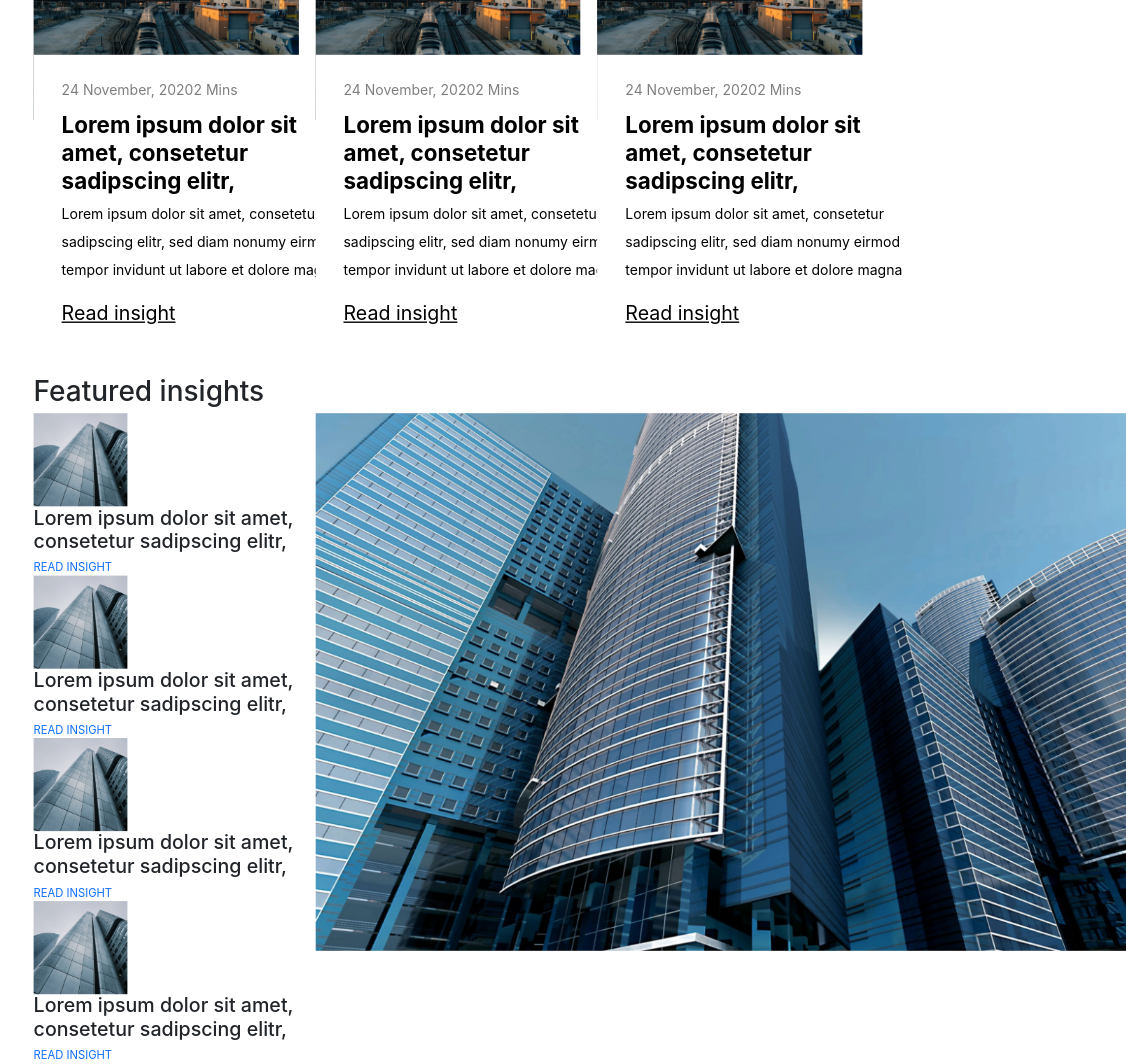
Repository: arif286/Business-webpage
Page: /
These files come from the project's save history. The page is drawn as it stood at one moment and after the next save; the edit follows.
The browser window is 1280 px wide. The page is 1609 px wide, so the pictures cover 1609 px, including what lies to the right of the window. The pictures show the part of the page from y = 1485 to 3005 px (the page is 3005 px tall), at 70% of full size.
The project was rebuilt for these pictures with package versions that can differ from the ones it lists, and the page was loaded fresh each time. Also part of the build but not shown: src/components/MainHeader/MainHeader.css, src/components/NotFound/NotFound.js.

Above is the page before, as saved 2021-05-27 16:26:55.

### src/App.js
import "bootstrap/dist/css/bootstrap.min.css";
import { BrowserRouter as Router, Route, Switch } from "react-router-dom";
import Home from "./components/Home/Home";
import NotFound from "./components/NotFound/NotFound";
function App() {
  return (
    <Router>
      <Switch>
        <Route path="/">
          <Home />
        </Route>
        <Route exact path="/">
          <Home />
        </Route>
        <Route path="*">
          <NotFound />
        </Route>
      </Switch>
    </Router>
  );
}

export default App;

### src/components/Home/Home.js
import React from 'react';
import Blog from '../Blog/Blog';
import Community from '../Community/Community';
import Featured from '../Featured/Featured';
import MainHeader from '../MainHeader/MainHeader';
import Testimonial from '../Testimonial/Testimonial';
import TopHeader from '../TopHeader/TopHeader';

const Home = () => {
    return (
        <>
            <TopHeader />
            <MainHeader />
            <Community />
            <Testimonial />
            <Blog />
            <Featured/>
        </>
    );
};

export default Home;

### src/components/Blog/Blog.js
import React from "react";
import { Col, Row } from "react-bootstrap";
import blogImage from '../../Images/event-1.png';
import "./Blog.css";

const Blog = () => {
  return (
    <div className="px-5 event-area">
      <h1 className='text-center mt-4 mb-4'>What's new</h1>
      <Row>
        <Col lg={4}>
          <div className="blog-wrap">
            <div className="blog-img">
              <img className="w-100 h-100" src={blogImage} alt="" />
              <a className="ig-btn" href="h">
                AUTOMATION
              </a>
            </div>
            <div className="event-content-wrap new-wrap">
              <div className="event-content-top-fx">
                <div className="single-top">
                  <p>
                    24 November, 2020
                    <span>2 Mins</span>
                  </p>
                </div>
                <div className="new-box-wrap">
                  <h4>
                    Lorem ipsum dolor sit amet, consetetur sadipscing elitr,
                  </h4>
                  <p>
                    Lorem ipsum dolor sit amet, consetetur sadipscing elitr, sed
                    diam nonumy eirmod tempor invidunt ut labore et dolore magna
                  </p>
                  <a href="http">
                    Read insight
                  </a>
                </div>
              </div>
            </div>
          </div>
        </Col>
        <Col lg={4}>
          <div className="blog-wrap">
            <div className="blog-img">
              <img className="w-100 h-100" src={blogImage} alt="" />
              <a href="h" className="ig-btn">
                AUTOMATION
              </a>
            </div>
            <div className="event-content-wrap new-wrap">
              <div className="event-content-top-fx">
                <div className="single-top">
                  <p>
                    24 November, 2020
                    <span>2 Mins</span>
                  </p>
                </div>
                <div className="new-box-wrap">
                  <h4>
                    Lorem ipsum dolor sit amet, consetetur sadipscing elitr,
                  </h4>
                  <p>
                    Lorem ipsum dolor sit amet, consetetur sadipscing elitr, sed
                    diam nonumy eirmod tempor invidunt ut labore et dolore magna
                  </p>
                  <a href="http">Read insight</a>
                </div>
              </div>
            </div>
          </div>
        </Col>
        <Col lg={4}>
          <div className="blog-wrap">
            <div className="blog-img">
              <img className="w-100 h-100" src={blogImage} alt="" />
              <a href="h" className="ig-btn">
                AUTOMATION
              </a>
            </div>
            <div className="event-content-wrap new-wrap">
              <div className="event-content-top-fx">
                <div className="single-top">
                  <p>
                    24 November, 2020
                    <span>2 Mins</span>
                  </p>
                </div>
                <div className="new-box-wrap">
                  <h4>
                    Lorem ipsum dolor sit amet, consetetur sadipscing elitr,
                  </h4>
                  <p>
                    Lorem ipsum dolor sit amet, consetetur sadipscing elitr, sed
                    diam nonumy eirmod tempor invidunt ut labore et dolore magna
                  </p>
                  <a href="http">Read insight</a>
                </div>
              </div>
            </div>
          </div>
        </Col>
      </Row>
    </div>
  );
};

export default Blog;

### src/components/Community/Community.js
import React from 'react';
import { Col, Row } from 'react-bootstrap';
import './Community.css';

const Community = () => {
    return (
      <div className='px-5'>
        <h2 className="engage-title">Engage with our community</h2>
        <Row>
          <Col md={12} lg={4} className="pb-4">
            <div className="engage-text engage-1">
              <p>Connect & Network with our community of thought leaders</p>
            </div>
          </Col>
          <Col md={12} lg={4} className="pb-4">
            <div className="engage-text engage-2">
              <p>Connect & Network with our community of thought leaders</p>
            </div>
          </Col>
          <Col md={12} lg={4} className="pb-4">
            <div className="engage-text engage-2">
              <p>Connect & Network with our community of thought leaders</p>
            </div>
          </Col>
        </Row>
      </div>
    );
};

export default Community;

### src/components/Featured/Featured.js
import React from "react";
import { Col, Row } from "react-bootstrap";
import sideBanner from "../../Images/f1.png";
import featuredImage from "../../Images/f3.png";
import FeaturedColumn from "./FeaturedColumn";

const FeaturedData = [
  {
    image: featuredImage,
    text: "Lorem ipsum dolor sit amet, consetetur sadipscing elitr,",
  },
  {
    image: featuredImage,
    text: "Lorem ipsum dolor sit amet, consetetur sadipscing elitr,",
  },
  {
    image: featuredImage,
    text: "Lorem ipsum dolor sit amet, consetetur sadipscing elitr,",
  },
  {
    image: featuredImage,
    text: "Lorem ipsum dolor sit amet, consetetur sadipscing elitr,",
  },

];
const Featured = () => {
  return (
    <div className="px-5">
      <h1>Featured insights</h1>
      <Row>
        <Col md={12} lg={4}>
          {FeaturedData.map((item) => (
            <FeaturedColumn card={item} />
          ))}
        </Col>
        <Col md={12} lg={8}>
          <img src={sideBanner} alt="" />
        </Col>
      </Row>
    </div>
  );
};

export default Featured;

### src/components/MainHeader/MainHeader.js
import { faBars } from '@fortawesome/free-solid-svg-icons';
import { FontAwesomeIcon } from "@fortawesome/react-fontawesome";
import React from 'react';
import { Nav, Navbar } from 'react-bootstrap';
import './MainHeader.css';
const MainHeader = () => {
    const Bars = <FontAwesomeIcon icon={faBars} />;
    return (
      <div className="container-fluid">
        <Navbar className="px-5" expand="md">
          <Navbar.Brand href="#home">{Bars}</Navbar.Brand>
          <Navbar.Toggle aria-controls="basic-navbar-nav" />
          <Navbar.Collapse id="basic-navbar-nav">
            <Nav className="mr-auto">
              <Nav.Link href="#home">Home</Nav.Link>
              <Nav.Link href="#link">Insights</Nav.Link>
              {/* <NavDropdown title="Dropdown" id="basic-nav-dropdown">
                <NavDropdown.Item href="#action/3.1">Action</NavDropdown.Item>
                <NavDropdown.Item href="#action/3.2">
                  Another action
                </NavDropdown.Item>
                <NavDropdown.Item href="#action/3.3">
                  Something
                </NavDropdown.Item>
                <NavDropdown.Divider />
                <NavDropdown.Item href="#action/3.4">
                  Separated link
                </NavDropdown.Item>
              </NavDropdown> */}
              <Nav.Link href="#link">Services</Nav.Link>
              <Nav.Link href="#link">Community</Nav.Link>
              <Nav.Link href="#link">Events</Nav.Link>
              <Nav.Link href="#link">About US</Nav.Link>
            </Nav>
          </Navbar.Collapse>
        </Navbar>
      </div>
    );
};

export default MainHeader;

### src/components/Testimonial/Testimonial.js
import React from "react";
import SliderImage from "../../Images/meer-shap.png";
import Image from '../../Images/meet.png';
import './Testimonial.css';

const Testimonial = () => {
  return (
    <div className="px-5">
      <div
        id="carouselExampleIndicators"
        class="carousel slide"
        data-bs-ride="carousel"
      >
        <div class="carousel-indicators">
          <button
            type="button"
            data-bs-target="#carouselExampleIndicators"
            data-bs-slide-to="0"
            class="active"
            aria-current="true"
            aria-label="Slide 1"
          ></button>
          <button
            type="button"
            data-bs-target="#carouselExampleIndicators"
            data-bs-slide-to="1"
            aria-label="Slide 2"
          ></button>
        </div>
        <div className="carousel-inner">
          <div class="carousel-item carousel-bg active">
            <div className="meet-bg">
              <img src={SliderImage} alt="" />
            </div>
            <div className="testi-btn">
              <a href="http">Testimonial</a>
            </div>
            <div className="row">
              <div className='d-lg-flex align-items-center '>
                <div className="meet-img text-center">
                  <img src={Image} alt="" />
                </div>
                <div className="meet-content text-center pb-5">
                  <h4>Meet Edward, CEO of HappyFoods</h4>
                  <p>
                    “Working with the syndicate involves carefully analysing
                    rapidly changing trends & creating the future”
                  </p>
                  <a href="http">CONNECT WITH AN ANALYST</a>
                </div>
              </div>
            </div>
          </div>
          <div class="carousel-item carousel-bg ">
            <div className="meet-bg">
              <img src={SliderImage} alt="" />
            </div>
            <div className="test-btn">
              <a href="http">Testimonial</a>
            </div>
            <div className="row">
              <div>
                <div className="meet-img">
                  <img src={Image} alt="" />
                </div>
                <div className="meet-content">
                  <h4>Meet Edward, CEO of HappyFoods</h4>
                  <p>
                    “Working with the syndicate involves carefully analysing
                    rapidly changing trends & creating the future”
                  </p>
                  <a href="http">CONNECT WITH AN ANALYST</a>
                </div>
              </div>
            </div>
          </div>
        </div>
      </div>
    </div>
  );
};

export default Testimonial;

### src/components/TopHeader/TopHeader.js
import { faFacebook, faInstagram, faLinkedin, faTwitter } from '@fortawesome/free-brands-svg-icons';
import { FontAwesomeIcon } from "@fortawesome/react-fontawesome";
import React from 'react';
import { Col, Row } from 'react-bootstrap';
import './TopHeader.css';

const TopHeader = () => {
    const Facebook = <FontAwesomeIcon icon={faFacebook} />;
    const Twitter = <FontAwesomeIcon icon={faTwitter} />;
    const Instagram = <FontAwesomeIcon icon={faInstagram} />;
    const LinkedIn = <FontAwesomeIcon icon={faLinkedin} />;
    return (
      <div className="header-top">
        <div className="container-fluid">
          <Row>
            <Col lg={12}>
              <div className="d-flex align-items-center justify-content-between">
                <div className="header-top-icon">
                  <a href="#h">{Facebook}</a>
                  <a href="#h">{Instagram}</a>
                  <a href="#h">{Twitter}</a>
                  <a href="#h">{LinkedIn}</a>
                </div>
                <div className='header-top-text'>
                  <p>The Analyst syndicate</p>
                </div>
                <div className="header-top-btn">
                  <a href='#l'>Let's Talk</a>
                </div>
              </div>
            </Col>
          </Row>
        </div>
      </div>
    );
};

export default TopHeader;

### src/components/Blog/Blog.css
.event-area {
  height: 900px;
  padding-bottom: 0;
  background: #fff;
}
.single-top p {
  font-size: 20px;
  color: #000;
  opacity: 0.5;
  line-height: 40px;
  margin-bottom: 10px;
}
.blog-img {
  position: relative;
}
.blog-img img {
  transition: 0.6s;
}
.ig-btn {
  width: 165px;
  height: 43px;
  background: #00a6fb;
  display: flex;
  align-items: center;
  justify-content: center;
  color: #fff;
  font-size: 17px;
  font-weight: 700;
  position: absolute;
  top: 30px;
  left: 20px;
  border: 2px solid transparent;
  transition: 0.3s;
}
.blog-wrap {
  position: relative;
}
.event-content-wrap.new-wrap {
  bottom: -327px;
}
.event-content-wrap {
  background: #fff;
  padding: 30px 40px;
  width: 508px;
  position: absolute;
  bottom: -137px;
}
.new-box-wrap h4 {
  font-size: 32px;
  color: #000000;
  line-height: 40px;
  font-weight: 700;
}
.new-box-wrap p {
  font-size: 20px;
  line-height: 40px;
  color: #000000;
  margin-bottom: 20px;
}
.new-box-wrap a {
  font-size: 28px;
  color: #000;
  text-decoration: underline;
}
@media (min-width: 1440px) and (max-width: 1800px) {
  .event-content-wrap {
    background: #fff;
    padding: 30px 40px;
    width: 424px;
    position: absolute;
    bottom: -137px;
  }
  .new-box-wrap h4 {
    font-size: 23px;
    line-height: 28px;
  }
  .new-box-wrap p {
    font-size: 18px;
    line-height: 32px;
    margin-bottom: 20px;
  }
  .new-box-wrap a {
    font-size: 21px;
  }
  .event-area {
    height: 800px;
  }
}

@media (min-width: 992px) and (max-width: 1200px) {
  .event-content-wrap.new-wrap {
    bottom: -223px;
    position: unset;
    bottom: 0;
    margin-top: -78px;
    position: relative;
  }
  .event-content-wrap {
    padding: 20px 20px;
    width: 268px;
    bottom: -137px;
  }
  .new-box-wrap h4 {
    font-size: 19px;
    line-height: 26px;
  }
  .new-box-wrap p {
    font-size: 18px;
    line-height: 25px;
    margin-bottom: 12px;
  }
  .new-box-wrap a {
    font-size: 20px;
  }
  .event-area {
    height: auto;
  }
}
@media (min-width: 1200px) and (max-width: 1400px) {
  .event-area {
    height: 720px;
  }
}

@media (min-width: 768px) and (max-width: 991px) {
  .event-content-wrap {
    padding: 20px 20px;
    width: 460px;
    bottom: -137px;
    position: relative;
    bottom: 0;
    margin-top: -55px;
  }
  .event-content-wrap.new-wrap {
    bottom: -223px;
    position: unset;
    bottom: 0;
    margin-top: -78px;
    position: relative;
  }
  .new-box-wrap h4 {
    font-size: 20px;
    line-height: 26px;
  }
  .new-box-wrap p {
    font-size: 18px;
    line-height: 25px;
    margin-bottom: 12px;
  }
  .event-area {
    height: auto;
  }
}
@media only screen and (min-width: 320px) and (max-width: 767px) {
  .single-top p {
    font-size: 18px;
    line-height: 25px;
    margin-bottom: 8px;
  }
  .event-content-wrap {
    padding: 20px 20px;
    width: 300px;
    bottom: -137px;
    position: relative;
    bottom: 0;
    margin-top: -55px;
  }
  .event-content-wrap.new-wrap {
    bottom: -223px;
    position: unset;
    bottom: 0;
    margin-top: -78px;
    position: relative;
  }
  .new-box-wrap h4 {
    font-size: 20px;
    line-height: 26px;
  }
  .new-box-wrap p {
    font-size: 18px;
    line-height: 25px;
    margin-bottom: 12px;
  }
  .event-area {
    height: auto;
  }
}

### src/components/Community/Community.css
.engage-1 {
  background-image: url(../../Images/e1.png);
}
.engage-2 {
  background-image: url(../../Images/e2.png);
}
.engage-3 {
  background-image: url(../../Images/e3.png);
}
.engage-text {
  height: 560px;
  background-size: 100% 100%;
  background-position: center center;
  padding-left: 50px;
  padding-bottom: 50px;
  display: flex;
  align-items: flex-end;
}
.engage-text p {
  margin: 0;
  color: #fff;
  font-size: 32px;
  font-weight: 700;
  line-height: 44px;
  max-width: 400px;
}
.engage-title {
  text-align: center;
  font-weight: 900;
  text-transform: uppercase;
  font-size: 35px;
  margin-top: 50px;
  margin-bottom: 50px;
}
@media (min-width: 768px) and (max-width: 991px) {
  .engage-text p {
    margin: 0;
    font-size: 20px;
    line-height: 25px;
  }
  .engage-title {
    text-align: center;
    font-weight: 900;
    text-transform: uppercase;
    font-size: 25px;
  }
}

### src/components/Featured/FeaturedColumn.js
import React from 'react';

const FeaturedColumn = ({ card }) => {
    console.log(card);
  return (
    <>

      <div className="single-featured-box">
        <img src={card.image} alt="" />
        <div className="featured-box-content">
          <h3>{card.text}</h3>
          <a href="http">READ INSIGHT</a>
        </div>
      </div>
    </>
  );
};

export default FeaturedColumn;

### src/components/Testimonial/Testimonial.css
.carousel-bg {
  background-color: #111111;
}
.testi-btn a {
  width: 308px;
  height: 61px;
  color: #000;
  font-size: 28px;
  display: flex;
  align-items: center;
  justify-content: center;
  background: #91c499;
  position: absolute;
  top: 0;
  right: 0;
  border: 2px solid transparent;
  transition: 0.3s;
}
.meet-img img {
  width: 275px;
  height: 275px;
  margin-right: 35px;
  margin-left: 50px;
}
.meet-content {
  max-width: 970px;
}
.meet-content h4 {
  font-size: 39px;
  color: #fff;
  line-height: 56px;
  margin-bottom: 20px;
}
.meet-content p {
  font-size: 30px;
  color: #fff;
  line-height: 50px;
}
.meet-content a {
  color: #fff;
  font-size: 28px;
  text-decoration: underline;
  font-weight: 600;
}
@media (min-width: 992px) and (max-width: 1200px) {
  .meet-content h4 {
    font-size: 28px;
    line-height: 33px;
    margin-bottom: 6px;
  }
  .meet-content p {
    font-size: 22px;
    line-height: 29px;
    margin-bottom: 10px;
  }
  .meet-content a {
    font-size: 22px;
  }
}
@media only screen and (min-width: 320px) and (max-width: 767px) {
  .meet-content a {
    font-size: 16px;
  }
  .meet-content h4 {
    font-size: 21px;
    line-height: 26px;
    margin-bottom: 6px;
  }
  .meet-content p {
    font-size: 20px;
    line-height: 29px;
    margin-bottom: 17px;
  }
}

### src/components/TopHeader/TopHeader.css
a {
  text-decoration: none;
}
.header-top {
  padding-left: 77px;
  border-bottom: 2px solid #eeeeee;
}
.header-top-icon a {
  width: 30px;
  height: 30px;
  background: #211f20;
  display: inline-block;
  border-radius: 34px;
  text-align: center;
  color: #fff;
  font-size: 14px;
  line-height: 29px;
  margin-right: 7px;
}
.header-top-text p {
  margin: 0;
  font-size: 28px;
  color: #000000;
  font-weight: 700;
  line-height: 32px;
  text-transform: uppercase;
}
.header-top-btn a {
  width: 314px;
  height: 98px;
  background: #111111;
  border: 2px solid transparent;
  transition: 0.3s;
  display: flex;
  align-items: center;
  justify-content: space-between;
  padding-left: 74px;
  padding-right: 80px;
  font-size: 21px;
  color: #fff;
}

Loaded but not shown: public/index.html (common file); src/index.js (common file); src/index.css (common file)

After the next save:
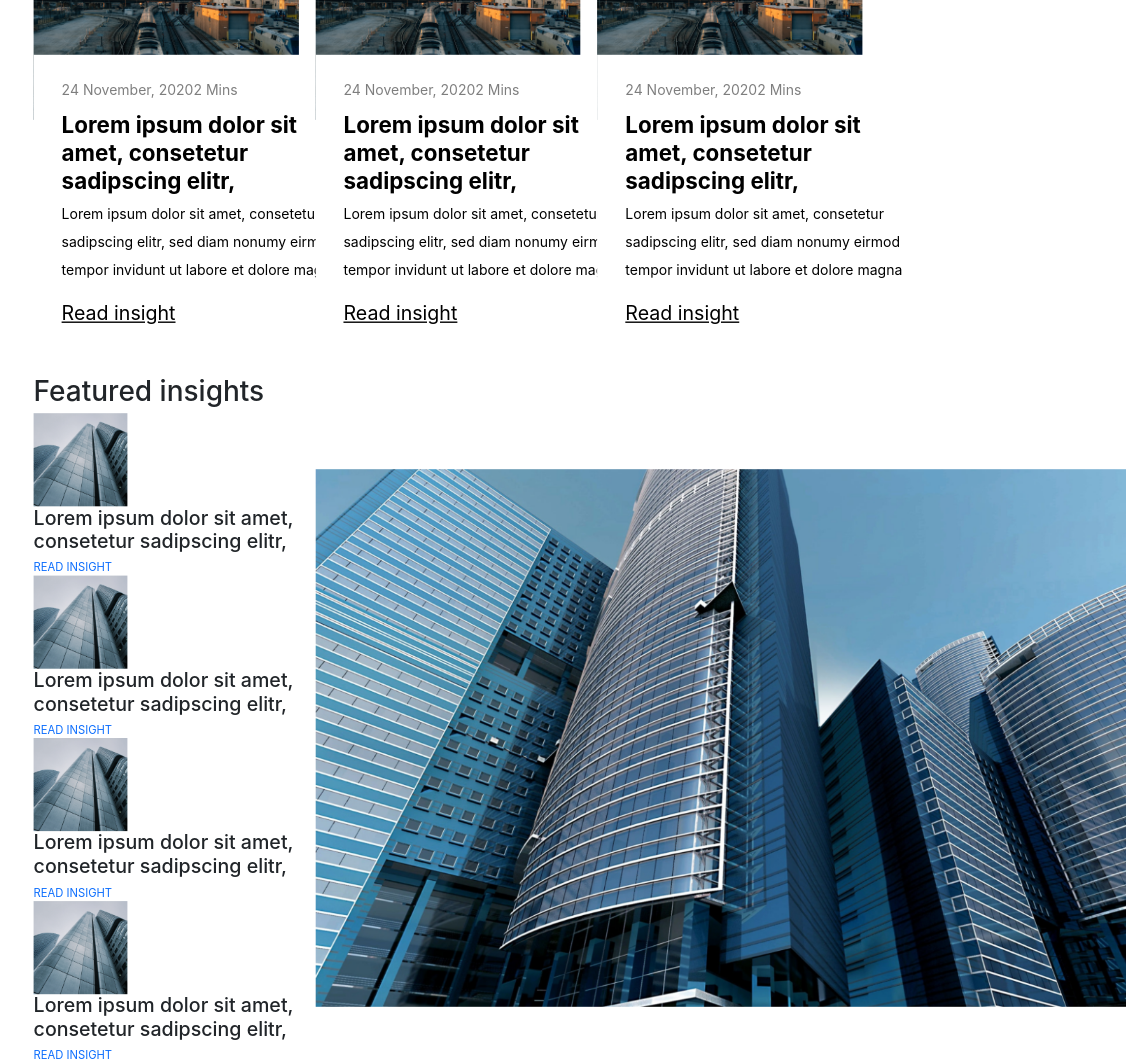
Saved 61 s later.
--- a/src/components/Featured/Featured.js
+++ b/src/components/Featured/Featured.js
@@ -27,7 +27,7 @@
   return (
     <div className="px-5">
       <h1>Featured insights</h1>
-      <Row>
+      <Row className='align-items-center'>
         <Col md={12} lg={4}>
           {FeaturedData.map((item) => (
             <FeaturedColumn card={item} />
